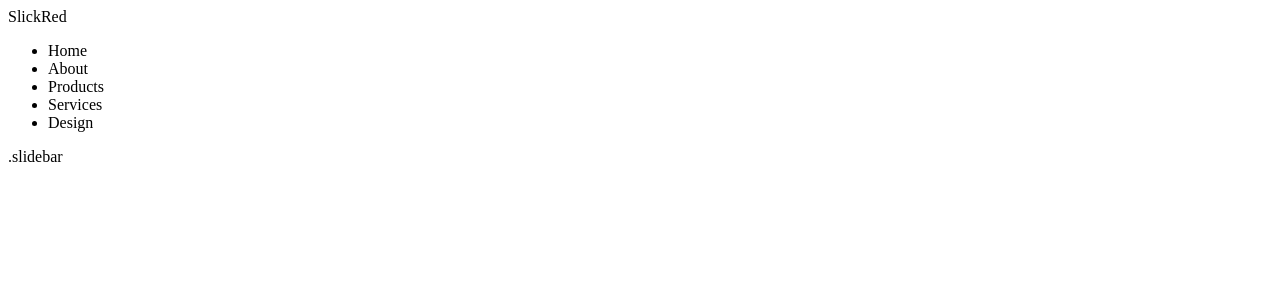
Repository: NgocTruong0701/Self_Learning
Page: html/practice/Baitapweb/Bai4.1.4.html
These files come from the project's save history. The page is drawn as it stood at one moment and after a run of saves; the edit follows.
The browser window is 1280 px wide. The pictures show the whole page.

Above is the page before, as saved 2021-10-05 23:23:50.

After the next 2 saves:
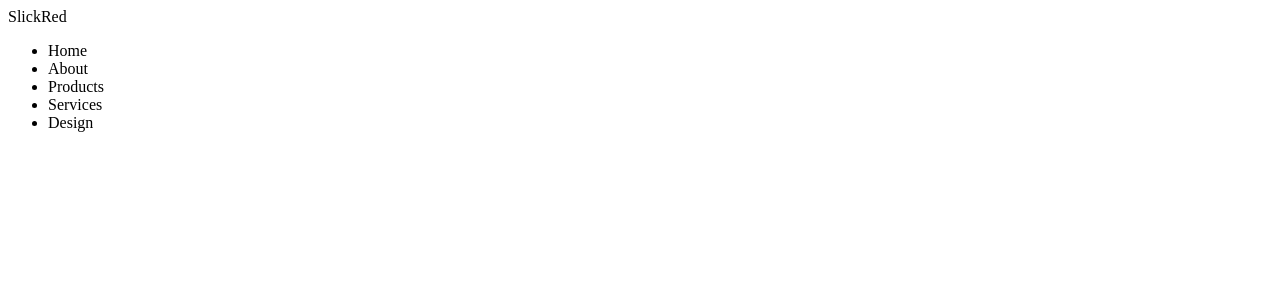
The 2 saves are shown as one change because they came seconds apart.
The last was saved 9 s later.
--- a/html/practice/Baitapweb/Bai4.1.4.html
+++ b/html/practice/Baitapweb/Bai4.1.4.html
@@ -22,7 +22,7 @@
         </header>
 
         <div class="body">
-            .slidebar
+            <div class="slidebar-left"></div>
         </div>
     </div>
 </body>
